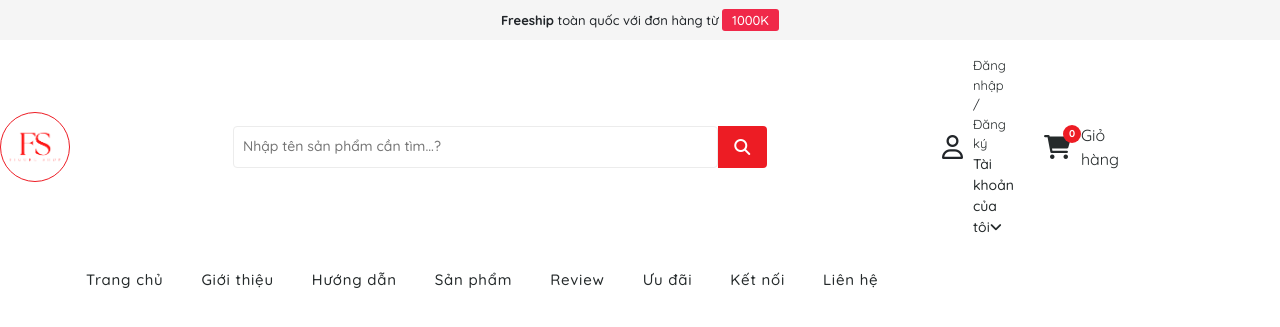
Repository: hayashi13597/ES6_ASM
Page: ASM1/index.html
An editor plug-in stored every save of this project. The page is shown before and after the next save, followed by the edit.
The browser window is 1280 px wide. The pictures show the whole page.
The style sheet was rebuilt from its Sass, Less or Tailwind sources for each picture, by a compiler version that may differ from the author's.

Above is the page before, as saved 2023-01-11 16:09:00.

After the next save:
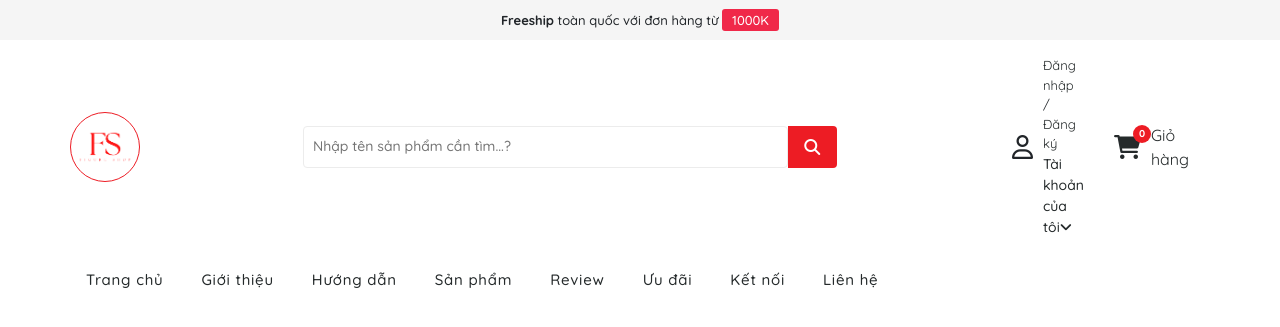
Saved 29 s later.
--- a/ASM1/index.html
+++ b/ASM1/index.html
@@ -37,7 +37,8 @@
           <span class="topbar-number">1000K</span>
         </p>
       </div>
-      <div class="container row header-middle">
+      <div class="container">
+      <div class="row header-middle">
         <a href="index.html" class="col-2 header-middle--logo"
           ><img src="img/jewelry.png" alt=""
         /></a>
@@ -68,6 +69,7 @@
           </a>
         </div>
       </div>
+    </div>
       <nav class="container header-nav">
         <ul>
           <li><a href="#">Trang chủ</a></li>
